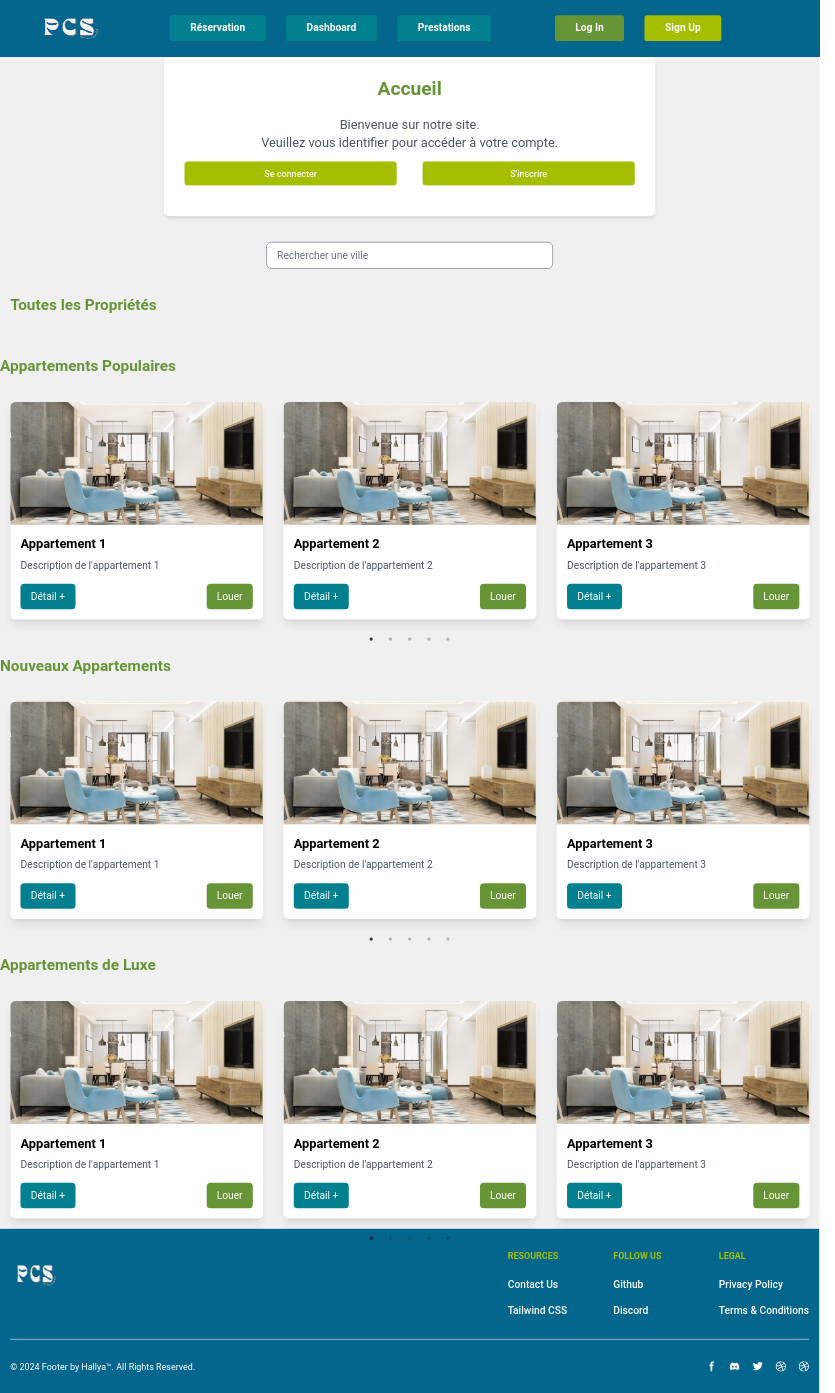
Repository: HATTOUNGBRE/ProjetAnnuel2
Page: / (app in FRONT/)
These files come from the project's save history. The page is drawn as it stood at one moment and after the next save; the edit follows.
The browser window is 1280 px wide. The page is 1305 px wide, so the pictures cover 1305 px, including what lies to the right of the window. The pictures show the whole page, at 64% of full size.
The page's requests for data from a server got no answer. The project was rebuilt for these pictures with package versions that can differ from the ones it lists, and the page was loaded fresh each time. No one was signed in, and anything a server would have sent is missing. Also part of the build but not shown: FRONT/vite.config.js, FRONT/src/components/PropertyCard.jsx, FRONT/src/components/Contact.jsx, FRONT/src/components/CatUser.jsx, FRONT/src/components/Login.jsx, FRONT/src/components/prestataire/PrestataireType.jsx, FRONT/src/components/prestataire/PrestataireDetails.jsx, FRONT/src/components/Account.jsx and 14 more.

Above is the page before, as saved 2024-06-27 18:12:06.

### FRONT/src/main.jsx
import React from 'react'
import ReactDOM from 'react-dom/client'
import App from './App.jsx'
import './App.css'
import { AuthProvider } from './components/AuthContext';
import {
  BrowserRouter,
  Route,
  Link
} from "react-router-dom";

ReactDOM.createRoot(document.getElementById('root')).render(
  <React.StrictMode>
    <AuthProvider>
    <App />
    </AuthProvider>
  </React.StrictMode>,
)

### FRONT/src/App.jsx
import React, { useContext, useEffect } from "react";
import './App.css';
import { BrowserRouter as Router, Route, Routes, Navigate } from 'react-router-dom';
import Header from "./components/Header";
import Main from "./components/Main";
import Contact from "./components/Contact";
import Nav from "./components/Nav";
import Footer from "./components/Footer";
import CatUser from "./components/CatUser";
import Login from './components/Login';
import LogOut from "./components/LogOut";
import Account from "./components/Account";
import Inscription from './components/Inscription';
import VoyageurDashboard from './components/dashboard/VoyageurDashboard';
import ProprietaireDashboard from './components/dashboard/ProprietaireDashboard';
import PrestataireDashboard from './components/dashboard/PrestataireDashboard';
import Error400 from './components/Error400';
import AuthContext from './components/AuthContext';
import ProprietairePrestation from "./components/proprio/Prestation";
import ProprietaireReservation from "./components/proprio/ProprietaireReservation";
import PrestataireReservation from "./components/prestataire/PrestataireReservation";
import AddProperty from "./components/proprio/AddProperty";
import CreatePrestation from "./components/proprio/CreatePrestation";

function App() {
    const { isLoggedIn, userRole, userId, userName, userSurname, category } = useContext(AuthContext);

    useEffect(() => {
        console.log("UserRole:", userRole);
        console.log("UserId:", userId);
        console.log("UserName:", userName);
        console.log("UserSurname:", userSurname);
        console.log("CategoryUserId:", category);
    }, [userRole, userId, userName, userSurname, category]);

    const getDashboardComponent = (role) => {
        switch (role) {
            case 'voyageur':
                return <VoyageurDashboard />;
            case 'proprietaire':
                return <ProprietaireDashboard />;
            case 'prestataire':
                return <PrestataireDashboard />;
            default:
                return <Error400 />;
        }
    };

    const ProtectedRoute = ({ element, allowedRole }) => {
        if (!isLoggedIn) {
            return <Navigate to="/login" />;
        }
        return userRole === allowedRole ? element : <Navigate to="/error400" />;
    };

    return (
        <Router>
         <Header isLoggedIn={isLoggedIn} userRole={userRole} />
         <main className="flex-grow">
         <Routes>
                <Route exact path="/" element={<Main isLoggedIn={isLoggedIn} userRole={userRole} />} />
                <Route path="/components/inscription" element={<Inscription />} />
                <Route path="/components/catUser" element={<CatUser />} />
                <Route path="/contact" element={<Contact />} />
                <Route path="/login" element={<Login />} />
                <Route path={`/${userRole}/Prestation`} element={<ProtectedRoute element={<ProprietairePrestation />} allowedRole={userRole} />} />
                <Route path={`/${userRole}/Reservation`} element={<ProtectedRoute element={userRole === 'proprietaire' ? <ProprietaireReservation /> : <PrestataireReservation />} allowedRole={userRole} />} />
                <Route path="/components/dashboard/voyageur" element={<ProtectedRoute element={<VoyageurDashboard />} allowedRole="voyageur" />} />
                <Route path="/components/dashboard/proprietaire" element={<ProtectedRoute element={<ProprietaireDashboard />} allowedRole="proprietaire" />} />
                <Route path="/components/dashboard/prestataire" element={<ProtectedRoute element={<PrestataireDashboard />} allowedRole="prestataire" />} />
                <Route path="/components/nav" element={<Nav isLoggedIn={isLoggedIn} userRole={userRole} />} />
                <Route path="/logout" element={<LogOut />} />
                <Route path="/account" element={<Account userId={userId} />} />
                <Route path="/error400" element={<Error400 />} />
                <Route path="/add-property" element={<ProtectedRoute element={<AddProperty />} allowedRole="proprietaire" />} />
                <Route path="/create-prestation" element={<ProtectedRoute element={<CreatePrestation />} allowedRole="proprietaire" />} />
                <Route path="/components/dashboard/proprietaire" element={<ProtectedRoute element={<ProprietaireDashboard />} allowedRole="proprietaire" />} />
                <Route path="/components/dashboard/prestataire" element={<ProtectedRoute element={<PrestataireDashboard />} allowedRole="prestataire" />} />
                <Route path="/components/dashboard/voyageur" element={<ProtectedRoute element={<VoyageurDashboard />} allowedRole="voyageur" />} />
                <Route path="*" element={<Error400 />} />

            </Routes>
            </main>
           <Footer />
        </Router>

    );
}

const ProtectedRoute = ({ element, allowedRole }) => {
    const { userRole } = useContext(AuthContext);
    return userRole === allowedRole ? element : <Navigate to="/error400" />;
  };

export default App;

### FRONT/src/App.css
@tailwind base;
@tailwind components;
@tailwind utilities;

html, body {
  height: 100%;
  width: 100%;
  margin: 0;
  padding: 0;
  font-family: 'Roboto', sans-serif;
}


.logo {
  height: 5em;
  width: 7em;
  /* will-change: filter; */
  transition: filter 300ms;
}
.logo:hover {
}
.logo.react:hover {
  filter: drop-shadow(0 0 2em #61dafbaa);
}

@keyframes logo-spin {
  from {
    transform: rotate(0deg);
  }
  to {
    transform: rotate(360deg);
  }
}


.card {
  padding: 2em;
}

.read-the-docs {
  color: #888;
}
footer {
  position: absolute;
  left: 0;
  bottom: 0;
  width: 100%;
}
html, body {
  height: 100%;
  margin: 0;
  padding: 0;

}



footer {
  flex-shrink: 0; /* Empêche le pied de page de rétrécir si le contenu est trop grand */
}

.main-content {
  flex: 1;
  padding: 24px;
  overflow-y: auto;
  display: flex;
  flex-direction: column;
}

### FRONT/src/components/AuthContext.jsx
import React, { createContext, useState, useEffect } from 'react';
import Cookies from 'js-cookie';

const AuthContext = createContext();

export const AuthProvider = ({ children }) => {
  const [isLoggedIn, setIsLoggedIn] = useState(false);
  const [userRole, setUserRole] = useState('');
  const [userId, setUserId] = useState(null);
  const [userName, setUserName] = useState('');
  const [userSurname, setUserSurname] = useState('');
  const [category, setCategoryUserId] = useState(null);

  const fetchUserDetails = async (userId) => {
    try {
      const response = await fetch(`http://localhost:8000/api/user/${userId}`);
      const data = await response.json();

      if (response.ok) {
        setIsLoggedIn(true);
        setUserId(data.id);
        setUserName(data.name);
        setUserSurname(data.surname);
        setCategoryUserId(data.category_user);
        setUserRole(Cookies.get('role')); // Ensure the role is set from the cookie
      } else {
        setIsLoggedIn(false);
        setUserId(null);
        setUserName('');
        setUserSurname('');
        setCategoryUserId(null);
        setUserRole('');
      }
    } catch (error) {
      console.error('Error fetching user details:', error);
    }
  };

  useEffect(() => {
    const token = Cookies.get('authToken');
    const storedUserRole = Cookies.get('role');
    const storedUserId = Cookies.get('userId');

    if (token && storedUserId) {
      setIsLoggedIn(true);
      setUserRole(storedUserRole || '');
      fetchUserDetails(storedUserId); // Fetch user details
    }
  }, []);

  const login = (token, role, userId, userName, userSurname, category) => {
    Cookies.set('authToken', token, { expires: 1 });
    Cookies.set('role', role, { expires: 1 });
    Cookies.set('userId', userId, { expires: 1 });
    Cookies.set('userName', userName, { expires: 1 });
    Cookies.set('userSurname', userSurname, { expires: 1 });
    Cookies.set('category', category, { expires: 1 });

    setIsLoggedIn(true);
    setUserRole(role);
    setUserId(userId);
    setUserName(userName);
    setUserSurname(userSurname);
    setCategoryUserId(category);
  };

  const logout = () => {
    Cookies.remove('authToken');
    Cookies.remove('role');
    Cookies.remove('userId');
    Cookies.remove('userName');
    Cookies.remove('userSurname');
    Cookies.remove('category');

    setIsLoggedIn(false);
    setUserRole('');
    setUserId(null);
    setUserName('');
    setUserSurname('');
    setCategoryUserId(null);
  };

  return (
    <AuthContext.Provider value={{ isLoggedIn, userRole, userId, userName, userSurname, category, login, logout, fetchUserDetails }}>
      {children}
    </AuthContext.Provider>
  );
};

export default AuthContext;

### FRONT/src/components/Header.jsx
import { useState, useEffect } from 'react';
import Nav from './Nav';
import { Link } from "react-router-dom";

function Header(props) {
  const { isLoggedIn, userRole } = props;

  return (
    <div>
      <header className="bg-pcs-200 sticky top-0 z-[20]">
        <nav className="bg-pcs-200 border-gray-200 dark:bg-gray-900 w-full">
          <div className="w-full flex flex-wrap items-center justify-around p-1">
            <Link to="/" className="flex items-center space-x-3 rtl:space-x-reverse">
              <img src="/public/images/fullDay.png" className="h-8 logo" alt="PCSLogo" />
            </Link>
            <Nav isLoggedIn={isLoggedIn} userRole={userRole} />
            <button
              data-collapse-toggle="navbar-default"
              type="button"
              className="inline-flex items-center p-2 w-10 h-10 justify-center text-sm text-gray-500 rounded-lg md:hidden focus:outline-none focus:ring-2 focus:ring-gray-200 dark:text-gray-400 dark:focus:ring-gray-600"
              aria-controls="navbar-default"
              aria-expanded="false"
            >
              <span className="sr-only">Open main menu</span>
              <svg
                className="w-5 h-5"
                aria-hidden="true"
                xmlns="http://www.w3.org/2000/svg"
                fill="none"
                viewBox="0 0 17 14"
              >
                <path
                  stroke="currentColor"
                  strokeLinecap="round"
                  strokeLinejoin="round"
                  strokeWidth="2"
                  d="M1 1h15M1 7h15M1 13h15"
                />
              </svg>
            </button>
            <div className="hidden w-full md:block md:w-auto" id="navbar-default"></div>
          </div>
        </nav>
      </header>
    </div>
  );
}

export default Header;

### FRONT/src/components/Main.jsx
// src/components/Main.jsx
import React, { useState, useContext, useEffect } from 'react';
import AuthContext from './AuthContext';
import { Link } from 'react-router-dom';
import PropertyRow from './PropertyRow';
import Slider from 'react-slick';
import 'slick-carousel/slick/slick.css';
import 'slick-carousel/slick/slick-theme.css';

function Main() {
  const { isLoggedIn, userRole } = useContext(AuthContext);

  const [searchTerm, setSearchTerm] = useState('');
  const [cities, setCities] = useState([]);

  useEffect(() => {
    if (searchTerm.length >= 2) {
      searchCities(searchTerm);
    } else {
      setCities([]);
    }
  }, [searchTerm]);

  const searchCities = async (term) => {
    try {
      const response = await fetch(`https://geo.api.gouv.fr/communes?nom=${term}&fields=departement&boost=population&limit=5`);
      const data = await response.json();
      setCities(data);
    } catch (error) {
      console.error('Error fetching cities:', error);
    }
  };

  const sliderSettings = {
    dots: true,
    infinite: true,
    speed: 500,
    slidesToShow: 3,
    slidesToScroll: 1,
    responsive: [
      {
        breakpoint: 1024,
        settings: {
          slidesToShow: 2,
          slidesToScroll: 1,
          infinite: true,
          dots: true
        }
      },
      {
        breakpoint: 600,
        settings: {
          slidesToShow: 1,
          slidesToScroll: 1
        }
      }
    ]
  };

  const defaultImageUrl = '/uploads/property_photos/default_appart.jpg';

  return (
    <div className="min-h-screen bg-pcs-100 flex flex-col items-center justify-center">
      <div className="max-w-3xl w-full p-8 bg-white shadow-md rounded-lg text-center">
        <h1 className="text-3xl font-semibold text-pcs-400 mb-6">Accueil</h1>
        {isLoggedIn ? (
          <p className="text-xl text-pcs-300">
            Vous êtes connecté.e en tant que <span className="font-bold">{userRole}</span>
          </p>
        ) : (
          <div>
            <p className="text-xl text-gray-600">Bienvenue sur notre site.</p>
            <p className="text-xl text-gray-600">Veuillez vous identifier pour accéder à votre compte.</p>
            <div className='flex justify-center mt-4 space-x-10'>
              <button className='w-full px-4 mb-4 py-2 text-sm font-medium text-white bg-pcs-300 border border-transparent rounded-md shadow-sm hover:bg-pcs-400'>
                <Link to="/components/catUser">Se connecter</Link>
              </button>
              <button className='w-full px-4 mb-4 py-2 text-sm font-medium text-white bg-pcs-300 border border-transparent rounded-md shadow-sm hover:bg-pcs-400'>
                <Link to="/components/inscription">S'inscrire</Link>
              </button>
            </div>
          </div>
        )}
      </div>

      {/* Barre de recherche de villes */}
      <div className="mt-10 w-full max-w-md">
        <input
          type="text"
          className="w-full px-4 py-2 border rounded-lg focus:outline-none focus:ring-2 focus:ring-blue-500"
          placeholder="Rechercher une ville"
          value={searchTerm}
          onChange={(e) => setSearchTerm(e.target.value)}
        />
        {cities.length > 0 && (
          <ul className="mt-2 bg-white border rounded-lg">
            {cities.map((city) => (
              <li key={city.code} className="px-4 py-2 border-b last:border-b-0">
                {city.nom} ({city.departement.nom})
              </li>
            ))}
          </ul>
        )}
      </div>

      {/* Categories with carousels */}
      <PropertyRow title="Toutes les Propriétés" apiUrl="http://localhost:8000/api/properties" />
      <div className="mt-10 w-full">
        <h2 className="text-2xl font-semibold text-pcs-400 mb-6">Appartements Populaires</h2>
        <Slider {...sliderSettings}>
          {[1, 2, 3, 4, 5].map(item => (
            <div key={item} className="p-4">
              <div className="bg-white shadow-lg rounded-lg overflow-hidden">
                <img src={defaultImageUrl} alt={`Appartement ${item}`} className="h-48 w-full object-cover" />
                <div className="p-4">
                  <h3 className="text-xl font-semibold mb-2">Appartement {item}</h3>
                  <p className="text-gray-600 mb-4">Description de l'appartement {item}</p>
                  <div className="flex justify-between">
                    <button className="bg-pcs-250 hover:bg-pcs-200 text-white py-2 px-4 rounded-md">Détail +</button>
                    <button className="bg-pcs-400 text-white py-2 px-4 rounded-md">Louer</button>
                  </div>
                </div>
              </div>
            </div>
          ))}
        </Slider>
      </div>

      <div className="mt-10 w-full">
        <h2 className="text-2xl font-semibold text-pcs-400 mb-6">Nouveaux Appartements</h2>
        <Slider {...sliderSettings}>
          {[1, 2, 3, 4, 5].map(item => (
            <div key={item} className="p-4">
              <div className="bg-white shadow-lg rounded-lg overflow-hidden">
                <img src={defaultImageUrl} alt={`Appartement ${item}`} className="h-48 w-full object-cover" />
                <div className="p-4">
                  <h3 className="text-xl font-semibold mb-2">Appartement {item}</h3>
                  <p className="text-gray-600 mb-4">Description de l'appartement {item}</p>
                  <div className="flex justify-between">
                    <button className="bg-pcs-250 hover:bg-pcs-200 text-white py-2 px-4 rounded-md">Détail +</button>
                    <button className="bg-pcs-400 text-white py-2 px-4 rounded-md">Louer</button>
                  </div>
                </div>
              </div>
            </div>
          ))}
        </Slider>
      </div>

      <div className="mt-10 w-full">
        <h2 className="text-2xl font-semibold text-pcs-400 mb-6">Appartements de Luxe</h2>
        <Slider {...sliderSettings}>
          {[1, 2, 3, 4, 5].map(item => (
            <div key={item} className="p-4">
              <div className="bg-white shadow-lg rounded-lg overflow-hidden">
                <img src={defaultImageUrl} alt={`Appartement ${item}`} className="h-48 w-full object-cover" />
                <div className="p-4">
                  <h3 className="text-xl font-semibold mb-2">Appartement {item}</h3>
                  <p className="text-gray-600 mb-4">Description de l'appartement {item}</p>
                  <div className="flex justify-between">
                    <button className="bg-pcs-250 hover:bg-pcs-200 text-white py-2 px-4 rounded-md">Détail +</button>
                    <button className="bg-pcs-400 text-white py-2 px-4 rounded-md">Louer</button>
                  </div>
                </div>
              </div>
            </div>
          ))}
        </Slider>
      </div>
    </div>
  );
}

export default Main;

### FRONT/src/components/Nav.jsx
import { Link } from "react-router-dom";

function Nav(props) {
    const { isLoggedIn, userRole } = props;

    console.log('isLoggedIn page NAV:', isLoggedIn);
    return (
        <>
            <div className='flex space-x-8'>
                <Link to={`/${userRole}/Reservation`}>
                    <button className="bg-pcs-250 hover:bg-pcs-300 text-white font-bold py-2 px-8 rounded">
                        Réservation
                    </button>
                </Link>

                <Link to={`/components/dashboard/${userRole}`}>
                    <button className="bg-pcs-250 hover:bg-pcs-300 text-white font-bold py-2 px-8 rounded">
                        Dashboard
                    </button>
                </Link>

                <Link to={`/${userRole}/Prestation`}>
                    <button className="bg-pcs-250 hover:bg-pcs-300 text-white font-bold py-2 px-8 rounded">
                        Prestations
                    </button>
                </Link>
            </div>
            {isLoggedIn ? (
                <div className='flex space-x-8'>
                    <Link to='/account'>
                        <button className="bg-pcs-400 hover:bg-pcs-700 text-white font-bold py-2 px-8 rounded">
                            Account
                        </button>
                    </Link>
                    <Link to='/logout'>
                        <button className="bg-pcs-300 hover:bg-pcs-600 text-white font-bold py-2 px-8 rounded">
                            Log out
                        </button>
                    </Link>

                </div>
            ) : (
                <div className='flex space-x-8'>
                    <Link to='/components/catuser'>
                        <button className="bg-pcs-400 hover:bg-pcs-700 text-white font-bold py-2 px-8 rounded">
                            Log In
                        </button>
                    </Link>

                    <Link to='/components/Inscription'>
                        <button className="bg-pcs-300 hover:bg-pcs-600 text-white font-bold py-2 px-8 rounded">
                            Sign Up
                        </button>
                    </Link>
                </div>
            )}
        </>
    );
};

export default Nav;

### FRONT/src/components/LogOut.jsx
import React, { useContext, useEffect } from 'react';
import { useNavigate } from 'react-router-dom';
import AuthContext from './AuthContext';

const LogOut = () => {
  const { logout } = useContext(AuthContext);
  const navigate = useNavigate();

  useEffect(() => {
    logout();
    navigate('/');
  }, [logout, navigate]);

  return null;
};

export default LogOut;

### FRONT/src/components/PropertyRow.jsx
// src/components/PropertyRow.jsx
import React, { useEffect, useState } from 'react';
import Slider from 'react-slick';
import PropertyCard from './PropertyCard';
import 'slick-carousel/slick/slick.css';
import 'slick-carousel/slick/slick-theme.css';

const PropertyRow = ({ title, apiUrl }) => {
  const [properties, setProperties] = useState([]);

  useEffect(() => {
    const fetchProperties = async () => {
      try {
        const response = await fetch(apiUrl);
        const data = await response.json();
        setProperties(data);
      } catch (error) {
        console.error('Error fetching properties:', error);
      }
    };

    fetchProperties();
  }, [apiUrl]);

  const sliderSettings = {
    dots: true,
    infinite: true,
    speed: 500,
    slidesToShow: 3,
    slidesToScroll: 1,
    responsive: [
      {
        breakpoint: 1024,
        settings: {
          slidesToShow: 2,
          slidesToScroll: 1,
          infinite: true,
          dots: true
        }
      },
      {
        breakpoint: 600,
        settings: {
          slidesToShow: 1,
          slidesToScroll: 1
        }
      }
    ]
  };

  return (
    <div className="mt-10 w-full">
      <h2 className=" ml-4 text-2xl font-semibold text-pcs-400 mb-6">{title}</h2>
      <Slider {...sliderSettings}>
        {properties.map(property => (
          <div key={property.id} className="p-4">
            <PropertyCard property={property} />
          </div>
        ))}
      </Slider>
    </div>
  );
};

export default PropertyRow;

Loaded but not shown: FRONT/index.html (common file); FRONT/tailwind.config.js (26 lines, source omitted); FRONT/src/components/Footer.jsx (91 lines, source omitted)

After the next save:
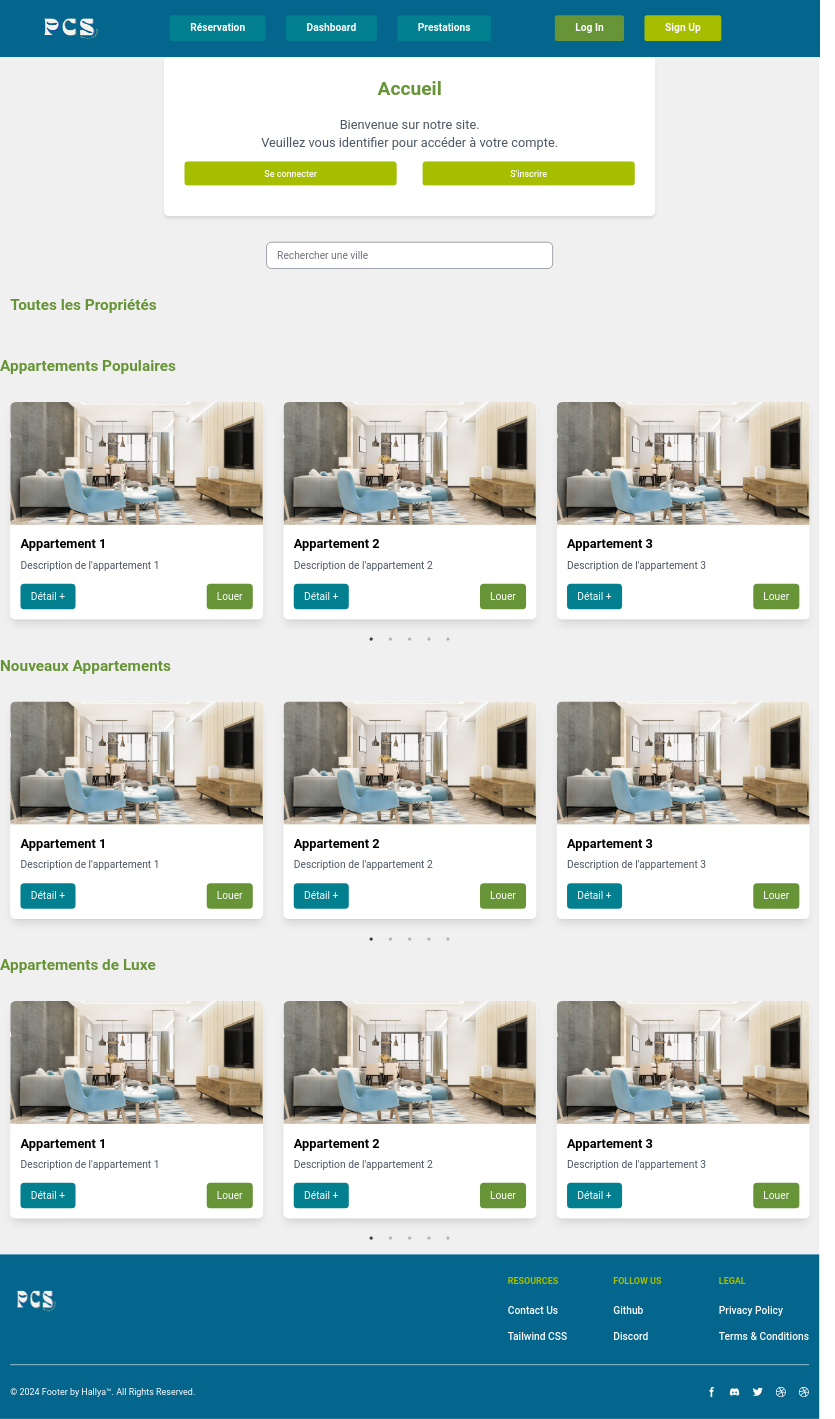
Saved 19 s later.
--- a/FRONT/src/components/Main.jsx
+++ b/FRONT/src/components/Main.jsx
@@ -147,7 +147,7 @@ function Main() {
         </Slider>
       </div>
 
-      <div className="mt-10 w-full">
+      <div className="mt-10 mb-10 w-full">
         <h2 className="text-2xl font-semibold text-pcs-400 mb-6">Appartements de Luxe</h2>
         <Slider {...sliderSettings}>
           {[1, 2, 3, 4, 5].map(item => (
